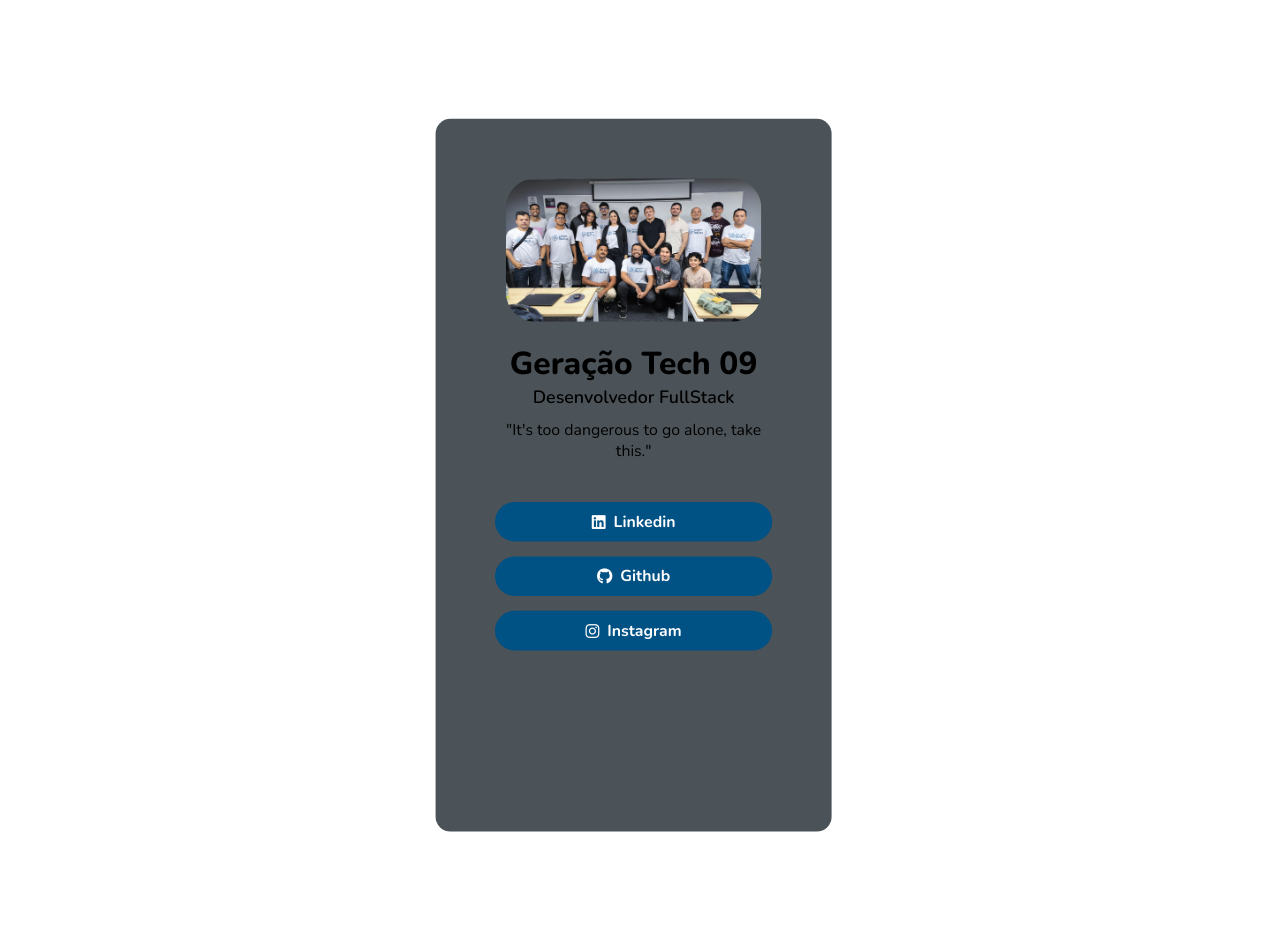
Repository: geracao-09/linktree-gt9
Page: index.html
These files come from the project's save history. The page is drawn as it stood at one moment and after the next save; the edit follows.
The browser window is 1280 px wide. The pictures show the whole page, at 99% of full size.

Above is the page before, as saved 2025-04-11 11:26:53.

### index.html
<!DOCTYPE html>
<html lang="pt-br">
  <head>
    <meta charset="UTF-8" />
    <meta name="viewport" content="width=device-width, initial-scale=1.0" />
    <title>Linktree do GT09</title>
    <link rel="stylesheet" href="style.css" />
    <link rel="preconnect" href="https://fonts.googleapis.com" />
    <link rel="preconnect" href="https://fonts.gstatic.com" crossorigin />
    <link href="https://fonts.googleapis.com/css2?family=Nunito:ital,wght@0,200..1000;1,200..1000&display=swap" rel="stylesheet" />
    <link rel="stylesheet" href="https://cdnjs.cloudflare.com/ajax/libs/font-awesome/6.5.0/css/all.min.css">
  </head>
  <body>
    <div class="container-main">
      <div class="container-image">
        <img src="./assets/image-profile.jpg" alt="Foto dos top 25 geracao tech" />
      </div>
      <div class="container-infos">
        <h1>Geração Tech 09</h1>
        <h2>Desenvolvedor FullStack</h2>
      </div>
      <div class="container-easter-egg">
        <p>"It's too dangerous to go alone, take this."</p>
      </div>
      <div class="container-social">
        <ul>
          <a href="https://www.linkedin.com/in/cesar-hideki-nagano-326b75115/" target="_blank">
            <li>
              <i class="fa-brands fa-linkedin"></i>
              <p>Linkedin</p>
            </li>
          </a>
          <a href="https://github.com/geracao-09" target="_blank">
            <li>
              <i class="fa-brands fa-github"></i>
              <p>Github</p>
            </li>
          </a>
          <a href="https://www.instagram.com/hidekina/" target="_blank">
            <li>
              <i class="fa-brands fa-instagram"></i>
              <p>Instagram</p>
            </li>
          </a>
        </ul>
      </div>
    </div>
  </body>
</html>

### style.css
* {
  font-family: "Nunito", sans-serif;
  margin: 0;
  padding: 0;
  box-sizing: border-box;
}

body {
  background:linear-gradient(#833AB4, );
}

@keyframes gradientShift {
  0% { background-position: 0% 50%; }
  50% { background-position: 100% 50%; }
  100% { background-position: 0% 50%; }
}

.container-main {
  background-color: #4b5358;
  width: 400px;
  height: 720px;
  box-sizing: border-box;
  margin: 120px auto;
  padding: 60px;
  border-radius: 15px;
  text-align: center;
}

.container-image img {
  width: 258px;
  border-radius: 30px;
}

.container-infos {
  margin-top: 15px;
  margin-bottom: 10px;
}

.container-infos h1 {
    font-weight: 800;
}

.container-infos h2 {
    font-weight: 600;
    font-size: 18px;
}
.container-social ul {
  list-style-type: none;
}

.container-social a {
  text-decoration: none;
  color: white;
}

.container-social {
  margin-top: 40px;
}

.container-social li {
  display: flex;
  justify-content: center;
  gap: 8px;
  align-items: center;
  width: 280px;
  height: 40px;
  background-color: #005184;
  margin: 15px 0;
  border-radius: 20px;
  font-weight: 700;
  transition-duration: 0.6s;

  &:hover {
    background-color: rgb(0, 0, 0);
    transform: scale(1.1);
  }
}

After the next save:
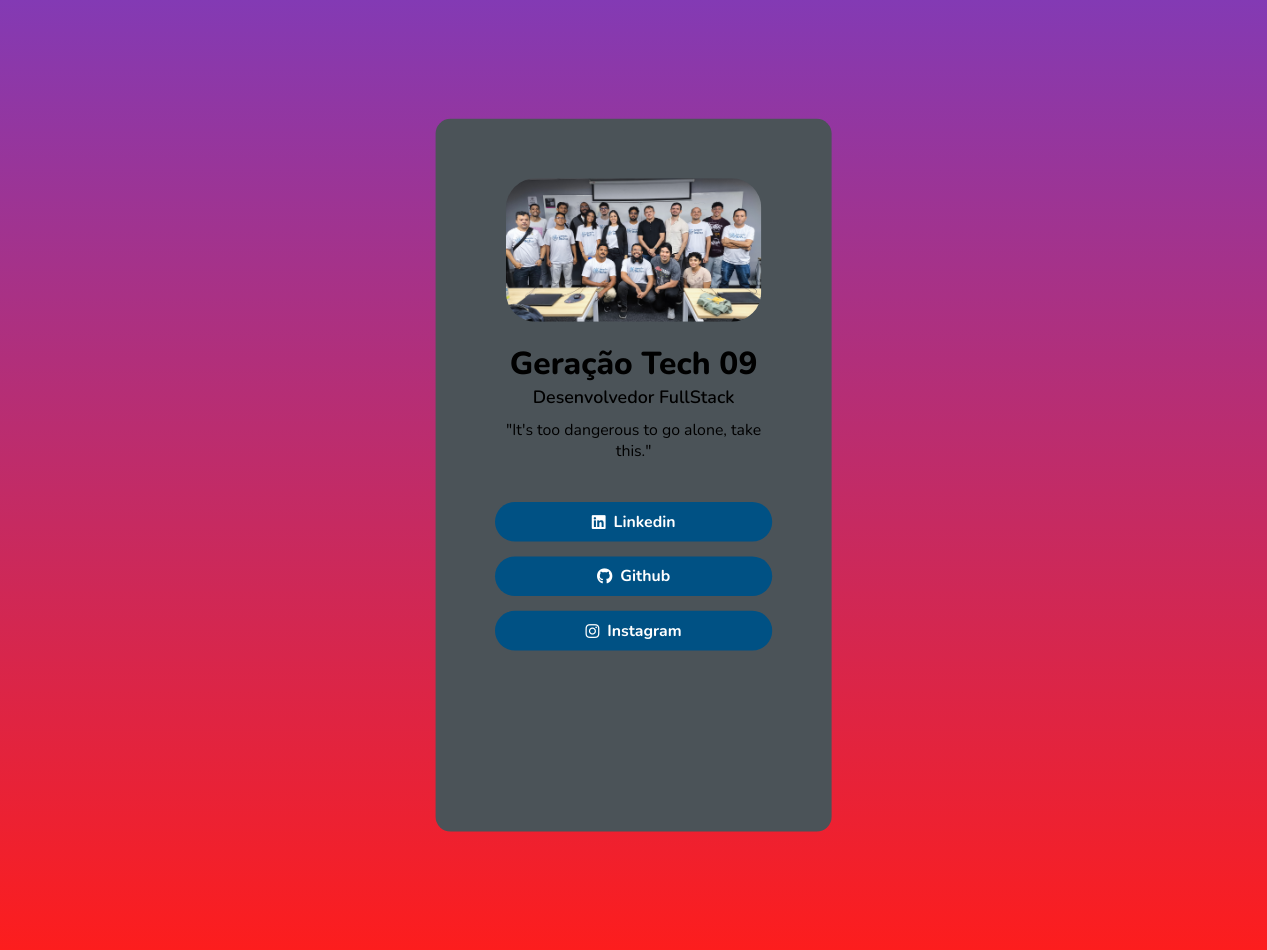
Saved 6 s later.
--- a/style.css
+++ b/style.css
@@ -6,7 +6,7 @@
 }
 
 body {
-  background:linear-gradient(#833AB4, );
+  background:linear-gradient(#833AB4, #FD1D1D);
 }
 
 @keyframes gradientShift {
